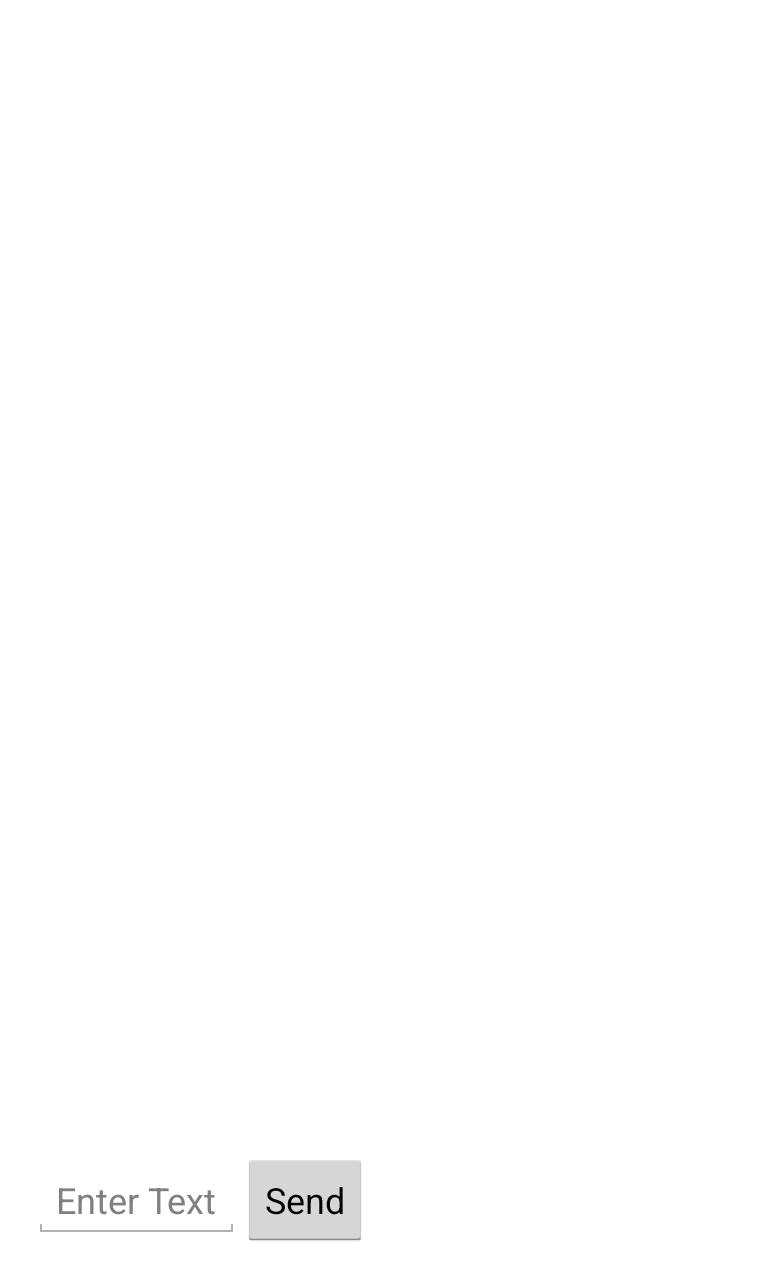
Repository: MICHAELDOVOHORG/mobiledev
Layout: LetsChat/res/layout/activity_message.xml
The author's editor kept a copy of each file at every save. The layout is drawn from the files as they stood at one save, then again after the next save.
It is drawn on a 768 x 1280 px phone screen (xhdpi) without system bars, with theme AppTheme; the app's code is not run. Lists and similar views that code fills are empty.

Above is the layout before, as saved 2014-03-10 05:02:43.

### LetsChat/res/layout/activity_message.xml
<RelativeLayout xmlns:android="http://schemas.android.com/apk/res/android"
    xmlns:tools="http://schemas.android.com/tools"
    android:layout_width="match_parent"
    android:layout_height="match_parent"
    android:paddingBottom="@dimen/activity_vertical_margin"
    android:paddingLeft="@dimen/activity_horizontal_margin"
    android:paddingRight="@dimen/activity_horizontal_margin"
    android:paddingTop="@dimen/activity_vertical_margin"
    tools:context=".MessageActivity" >

    <TextView
        android:id="@+id/conversationWith"
        android:layout_width="wrap_content"
        android:layout_height="wrap_content" />

    <LinearLayout
        android:id="@+id/sendArea"
        android:layout_width="wrap_content"
        android:layout_height="wrap_content"
        android:layout_alignParentBottom="true"
        android:orientation="horizontal" >

        <EditText
            android:id="@+id/typingArea"
            android:layout_width="0dp"
            android:layout_height="wrap_content"
            android:layout_weight=".75"
            android:hint="Enter Text"
            android:inputType="textMultiLine" />

        <Button
            android:id="@+id/sendMessage"
            android:layout_width="wrap_content"
            android:layout_height="wrap_content"
            android:layout_above="@id/typingArea"
            android:onClick="sendMessage"
            android:text="Send" />
    </LinearLayout>

    <ListView
        android:id="@+id/conversationList"
        android:layout_width="wrap_content"
        android:layout_height="wrap_content"
        android:layout_above="@id/sendArea"
        android:layout_below="@id/conversationWith" />

</RelativeLayout>

Loaded but not shown: LetsChat/res/values/styles.xml (common file); LetsChat/res/values-v11/styles.xml (common file); LetsChat/res/values-v14/styles.xml (common file); LetsChat/res/values/dimens.xml (common file)

After the next save:
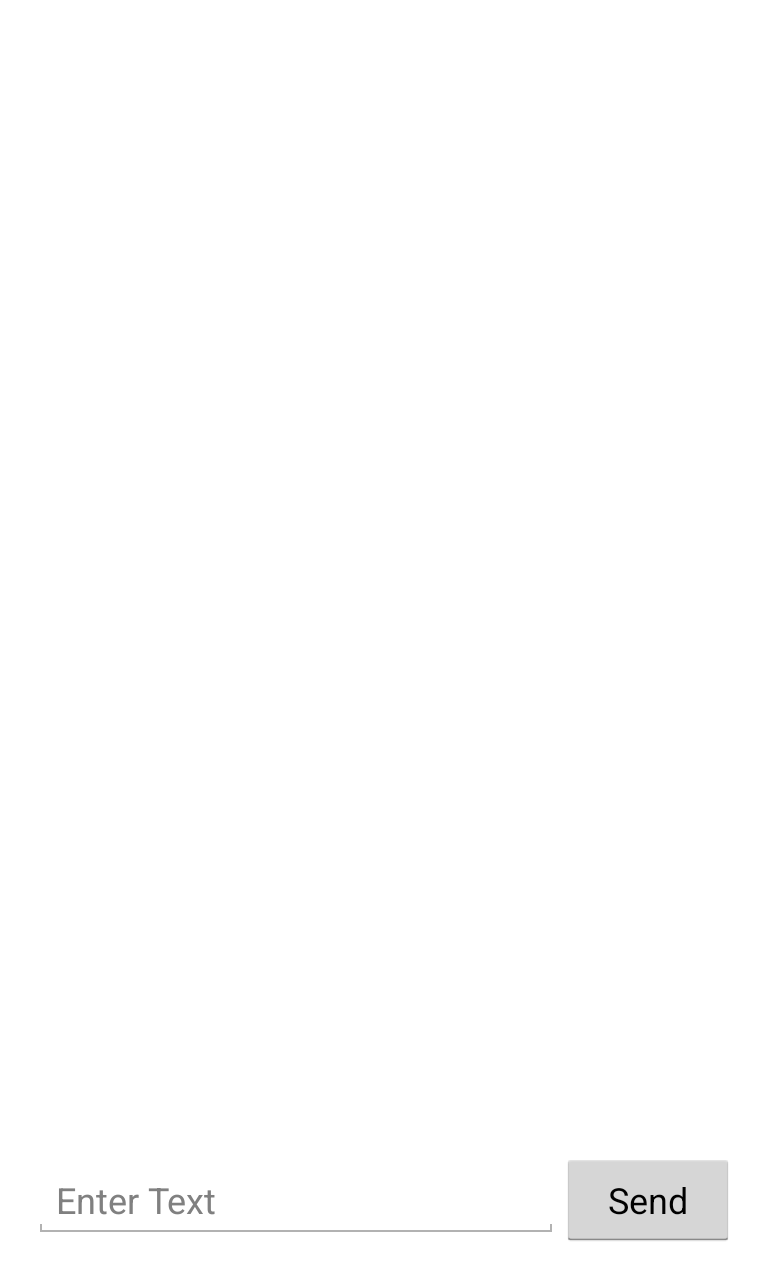
Saved 24 s later.
--- a/LetsChat/res/layout/activity_message.xml
+++ b/LetsChat/res/layout/activity_message.xml
@@ -15,7 +15,7 @@
 
     <LinearLayout
         android:id="@+id/sendArea"
-        android:layout_width="wrap_content"
+        android:layout_width="fill_parent"
         android:layout_height="wrap_content"
         android:layout_alignParentBottom="true"
         android:orientation="horizontal" >
@@ -30,8 +30,9 @@
 
         <Button
             android:id="@+id/sendMessage"
-            android:layout_width="wrap_content"
+            android:layout_width="0dp"
             android:layout_height="wrap_content"
+            android:layout_weight=".25"
             android:layout_above="@id/typingArea"
             android:onClick="sendMessage"
             android:text="Send" />
